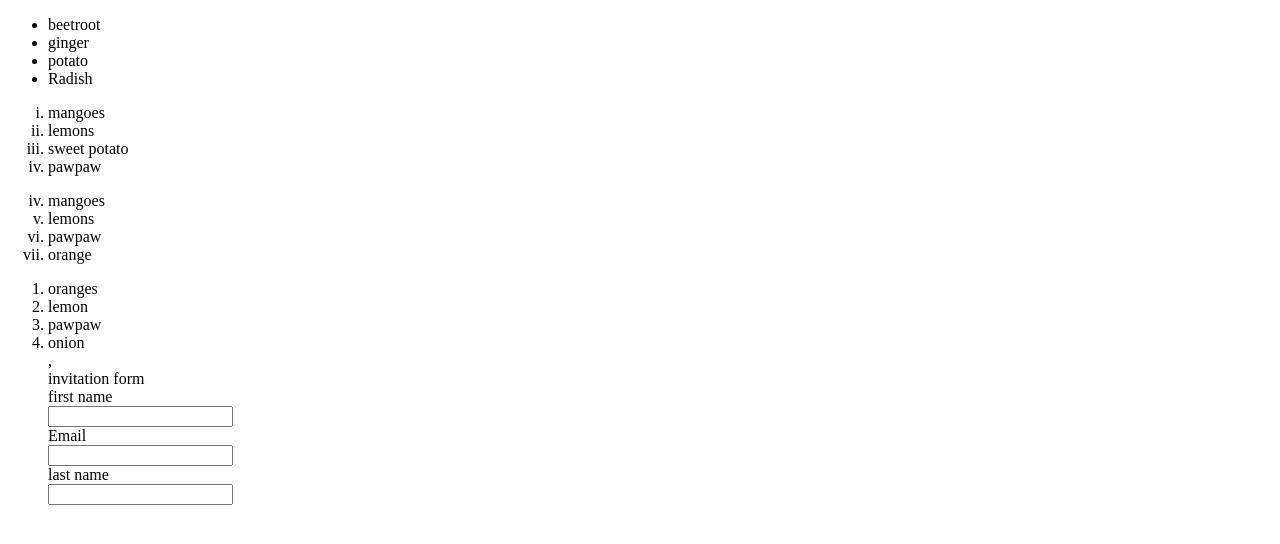
Repository: Okwahi/first--code-lessons
Page: Rinato.html
An editor plug-in stored every save of this project. The page is shown before and after a run of saves, followed by the edit.
The browser window is 1280 px wide. The pictures show the whole page.

Above is the page before, as saved 2023-03-09 11:51:26.

### Rinato.html
<!DOCTYPE html>
<html lang="en">
<head>
    <meta charset="UTF-8">
    <meta http-equiv="X-UA-Compatible" content="IE=edge">
    <meta name="viewport" content="width=device-width, initial-scale=1.0">
    <title>Document</title>
    <link rel="stylesheet" href="/Rinato.css">
</head>
<body>
    <ul type="triangle">
        <li>beetroot</li>
        <li>ginger</li>
        <li>potato</li>
        <li>Radish</li>
    </ul>
    <ol type="i">
        <li> mangoes</li>
        <li>lemons</li>
        <li>sweet potato</li>
        <li>pawpaw</li>

    </ol>
    <ol type="i" start="4">
        <li>mangoes</li>
        <li>lemons</li>
        <li>pawpaw</li>
        <li>orange</li>
    </ol>
    <ol type="1">
        <li>oranges</li>
        <li>lemon</li>
        <li>pawpaw</li>
        <li>onion</li>
    ,
    <form action=""> invitation form <br>
        <label for="first name"> first name</label><br>
        <input type="text" id="first name" name="first name"><br>
        <label for="Email">Email</label><br>
        <input type="Email" id="Email" name="Email"><br>
        <label for="last name">last name</label><br>
        <input type="text" id="last name"><br>
    </form>

Loaded but not shown: Rinato.css (common file)

After the next 7 saves:
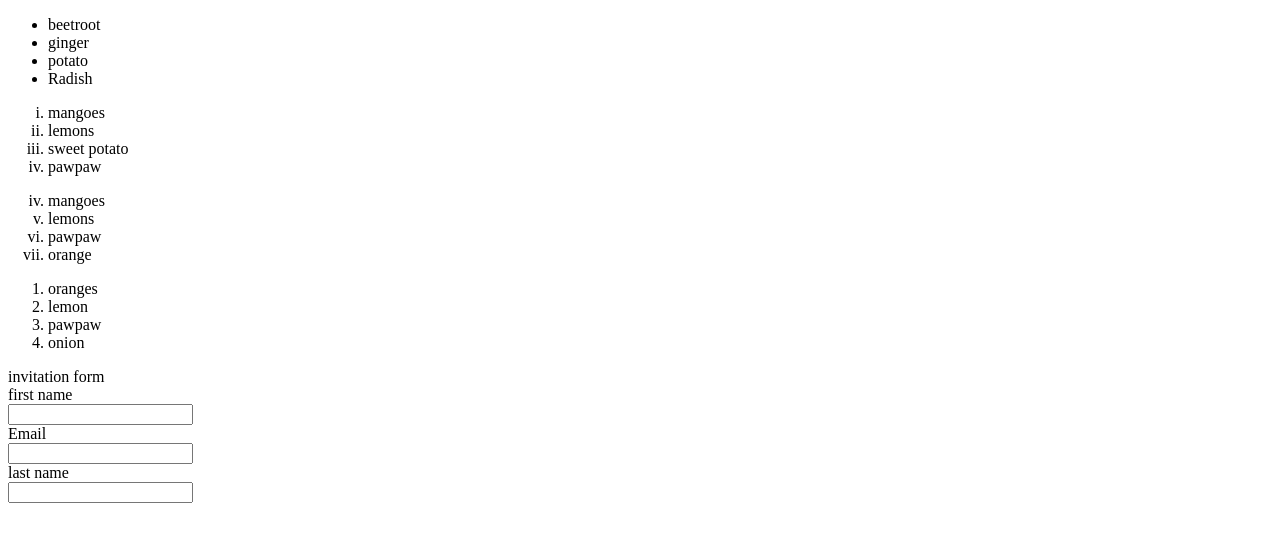
The 7 saves are shown as one change because they came seconds apart.
The last was saved 19 s later.
--- a/Rinato.html
+++ b/Rinato.html
@@ -32,7 +32,10 @@
         <li>lemon</li>
         <li>pawpaw</li>
         <li>onion</li>
-    ,
+    </ol>
+    <ul>
+
+    </ul>
     <form action=""> invitation form <br>
         <label for="first name"> first name</label><br>
         <input type="text" id="first name" name="first name"><br>
